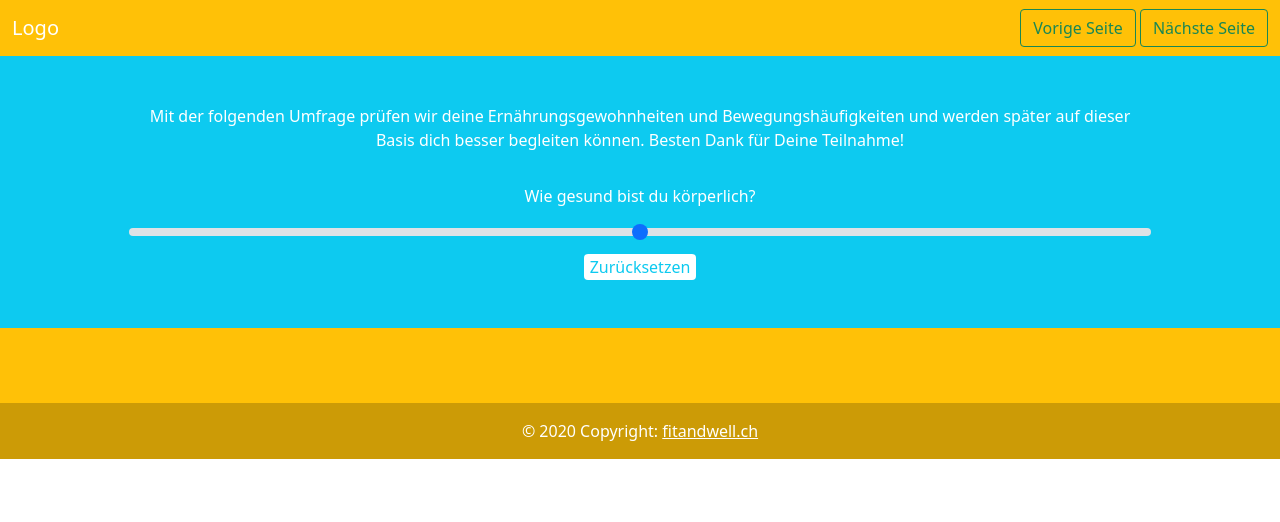
Repository: stephane71183101/Stephane-Personal-Health-Survey
Page: http://localhost/form-q01-start-page.php
These files come from the project's save history. The page is drawn as it stood at one moment and after the next save; the edit follows.
The browser window is 1280 px wide. The pictures show the whole page.
The page is run by PHP 8.4 with error messages shown; the project is at /var/www/html/.

Above is the page before, as saved 2022-03-15 21:55:12.

After the next save:
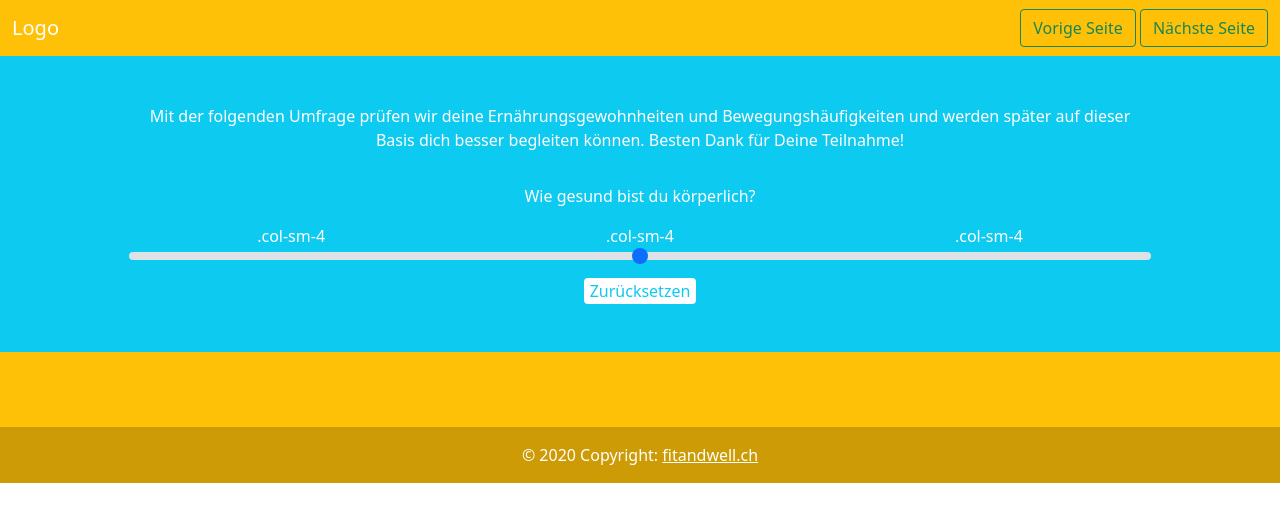
Saved 8 min 23 s later.
--- a/form-q01-start-page.php
+++ b/form-q01-start-page.php
@@ -34,6 +34,11 @@
         <div  class="container col-10">
         <form>
         <label for="customRange1" class="form-label pb-2">Wie gesund bist du körperlich?</label>
+        <div class="row">
+        <div class="col-sm-4">.col-sm-4</div>
+        <div class="col-sm-4">.col-sm-4</div>
+        <div class="col-sm-4">.col-sm-4</div>
+        </div>
         <input type="range" class="form-range pb-2" min="0" max="4" step="1" id="my-range">
         <input type="reset" class="border-0 bg-white rounded text-info" value="Zurücksetzen">
         </form>
